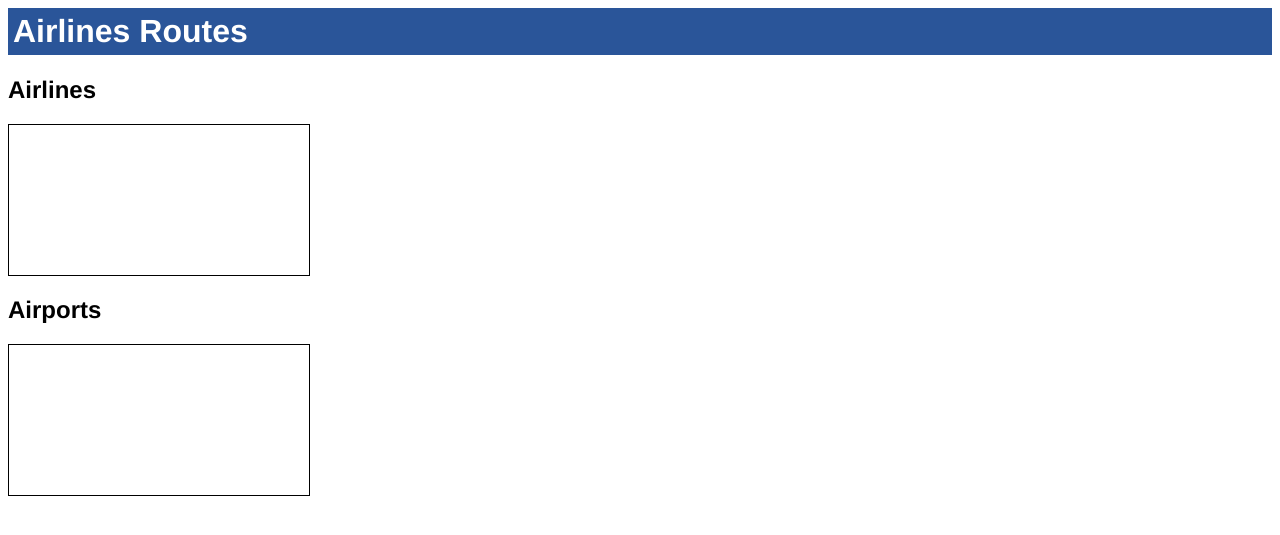
Repository: ducdatit2002/Data-Visualization-Coursera
Page: Project/index.html
These files come from the project's save history. The page is drawn as it stood at one moment and after the next save; the edit follows.
The browser window is 1280 px wide. The pictures show the whole page.

Above is the page before, as saved 2023-10-04 12:45:26.

After the next save:
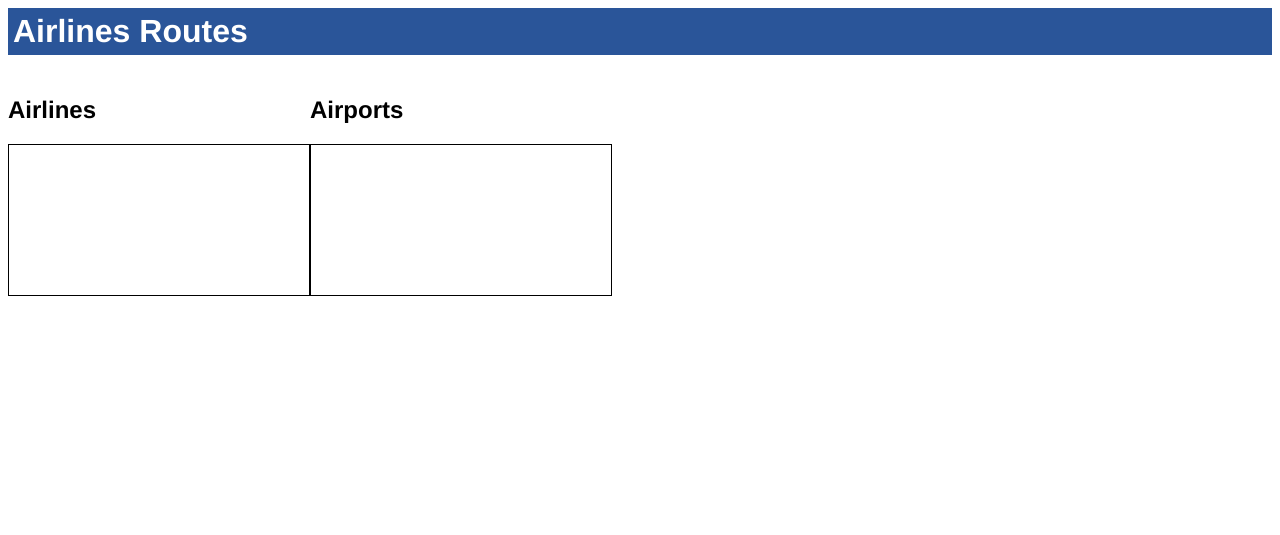
Saved 20 s later.
--- a/Project/index.html
+++ b/Project/index.html
@@ -23,7 +23,9 @@
         Add code to show a black border of 1px around all SVGs elements in the page
         1-3 lines of code
         */
-
+        .mainView {
+            display: flex;
+        }
         /* TODO 3
          - Use the "display flex" feature from to show the items from class `mainView` side by side
          1-3 lines of cide
